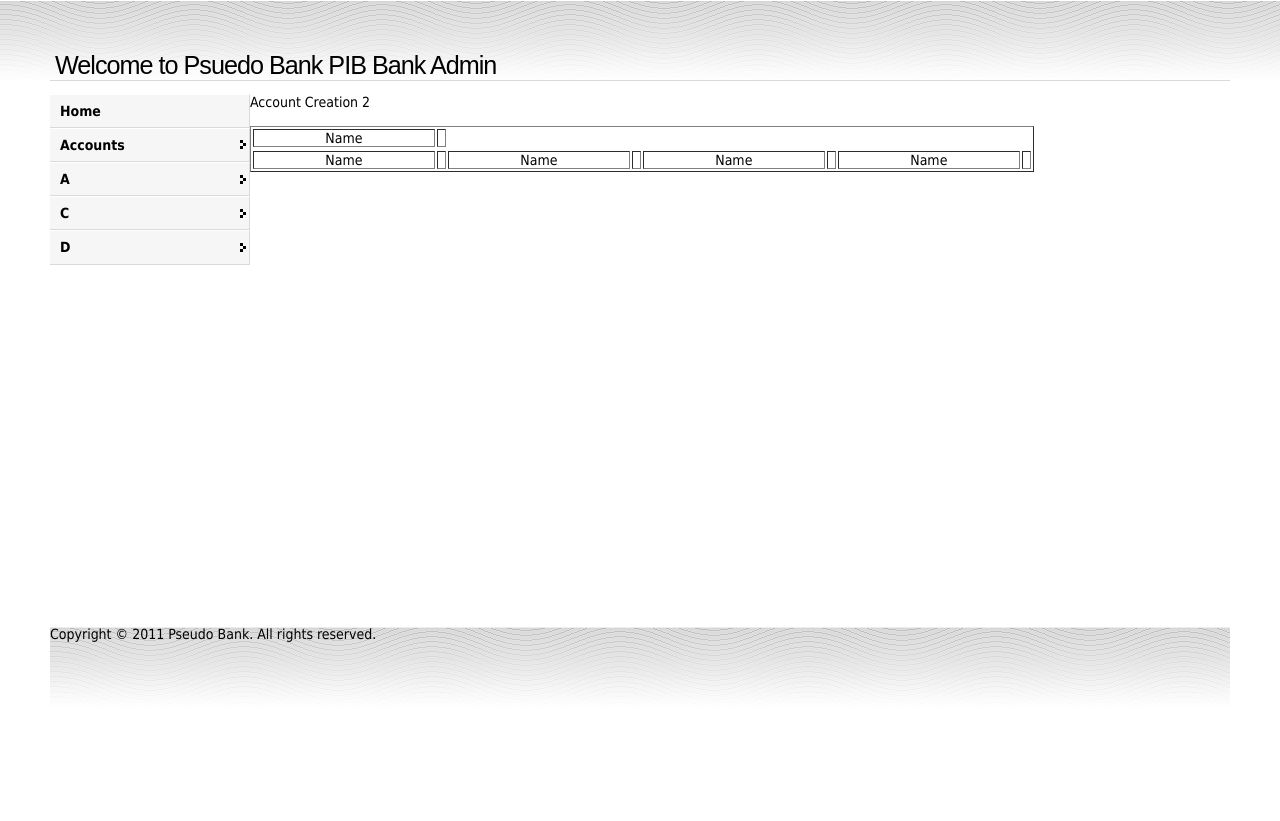
Repository: hareth12/Final-Year-Project
Page: http://localhost/bankAdmin/Account/accountCreation2.jsp
The author's editor kept a copy of each file at every save. The page is drawn from the files as they stood at one save, then again after the next save.
The browser window is 1280 px wide. The pictures show the whole page.
The page is served by Tomcat 9.

Above is the page before, as saved 2011-09-30 04:26:37.

After the next save:
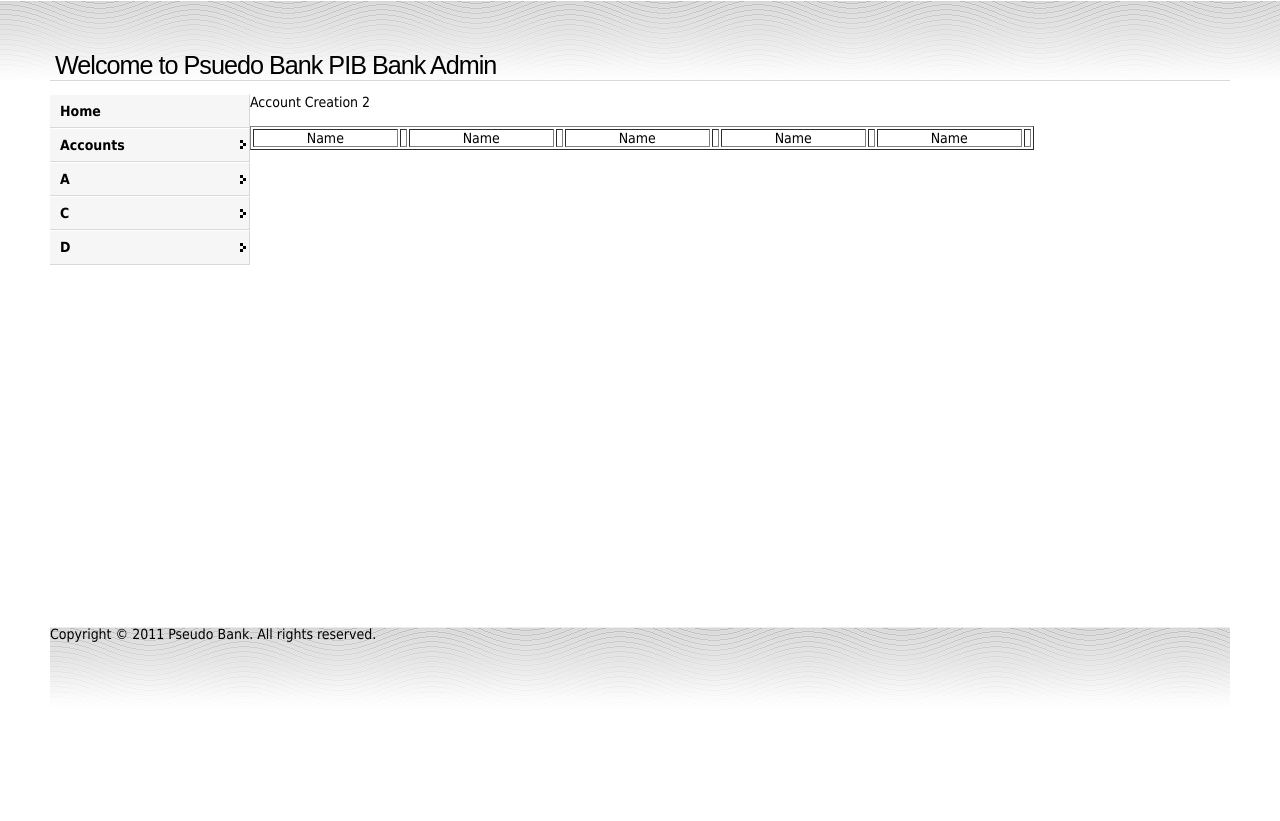
Saved 8 s later.
--- a/bankAdmin/WebContent/Account/accountCreation2.jsp
+++ b/bankAdmin/WebContent/Account/accountCreation2.jsp
@@ -68,7 +68,6 @@
 		<tbody>
 			<tr>
 			<td>Name </td><td>    </td>
-			<tr></tr>
 			<td>Name </td><td>    </td>
 			<td>Name </td><td>    </td>
 			<td>Name </td><td>    </td>
